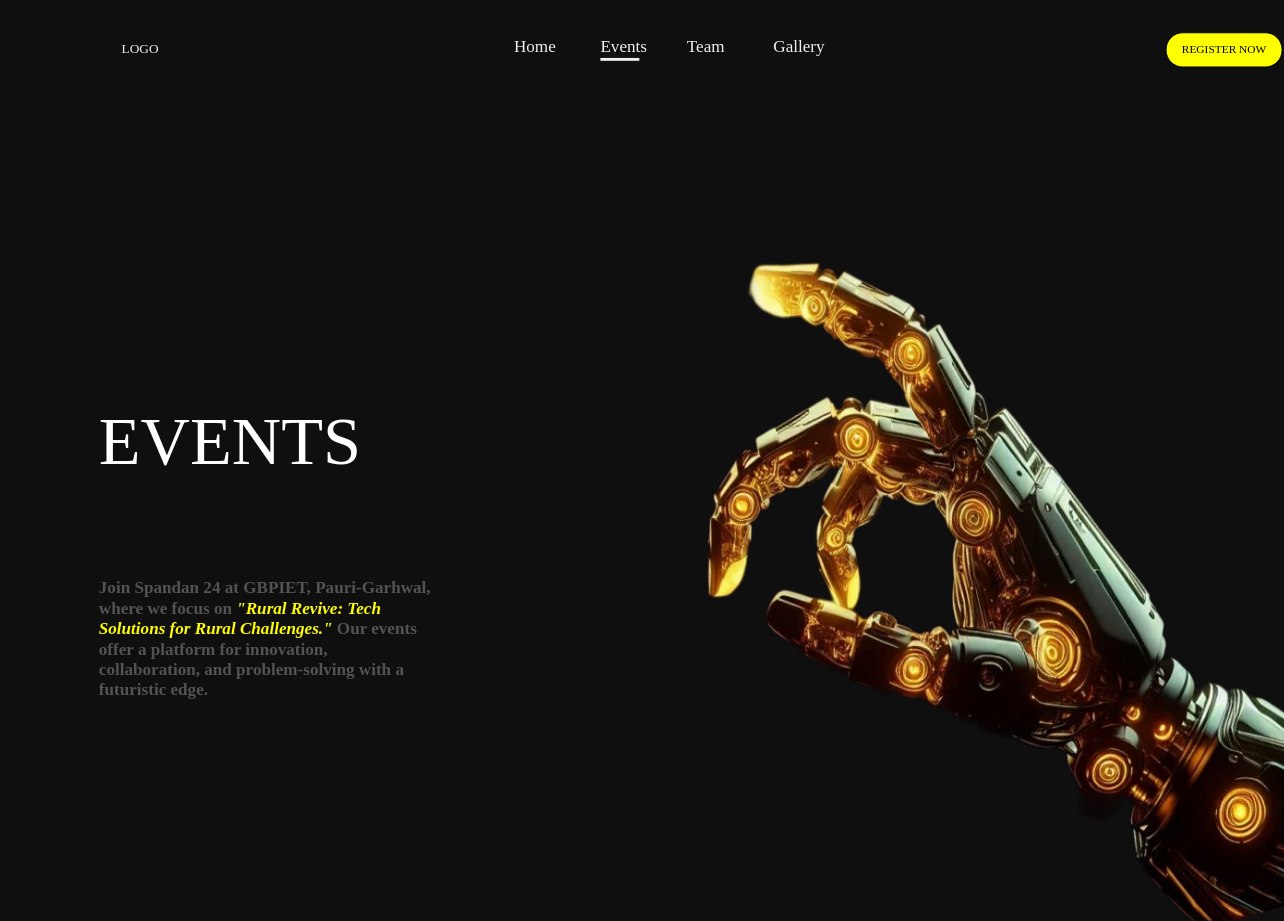
Repository: s4bbi/spandan-3.0
Page: /Events
The author's editor kept a copy of each file at every save. The page is drawn from the files as they stood at one save, then again after the next save.
The browser window is 1280 px wide. The page is 1352 px wide, then 1350 px, so the pictures cover 1352 px, including what lies to the right of the window. The pictures show the whole page, at 95% of full size.
The project was rebuilt for these pictures with package versions that can differ from the ones it lists, and the page was loaded fresh each time. Also part of the build but not shown: vite.config.js, src/pages/Home/Home.jsx.

Above is the page before, as saved 2024-11-02 02:48:34.

After the next save:
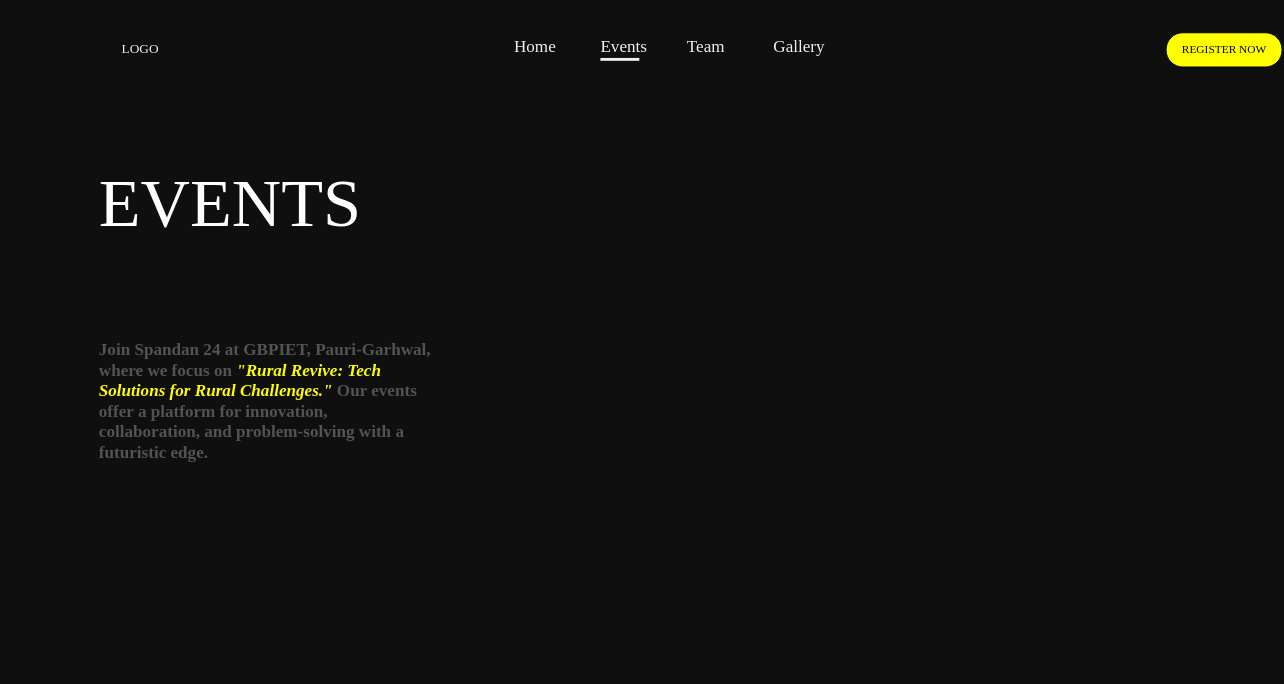
Saved 16 s later.
--- a/src/components/HeroSection/HeroSection.jsx
+++ b/src/components/HeroSection/HeroSection.jsx
@@ -16,7 +16,7 @@
           Join Spandan 24 at GBPIET, Pauri-Garhwal, where we focus on <span className="highlight">"Rural Revive: Tech Solutions for Rural Challenges."</span> Our events offer a platform for innovation, collaboration, and problem-solving with a futuristic edge.
         </p>
       </div>
-      <img src={eventsHand} alt="Robotic Hand" className="hero-image" />
+      {/* <img src={eventsHand} alt="Robotic Hand" className="hero-image" /> */}
     </section>
     </div>
   )
